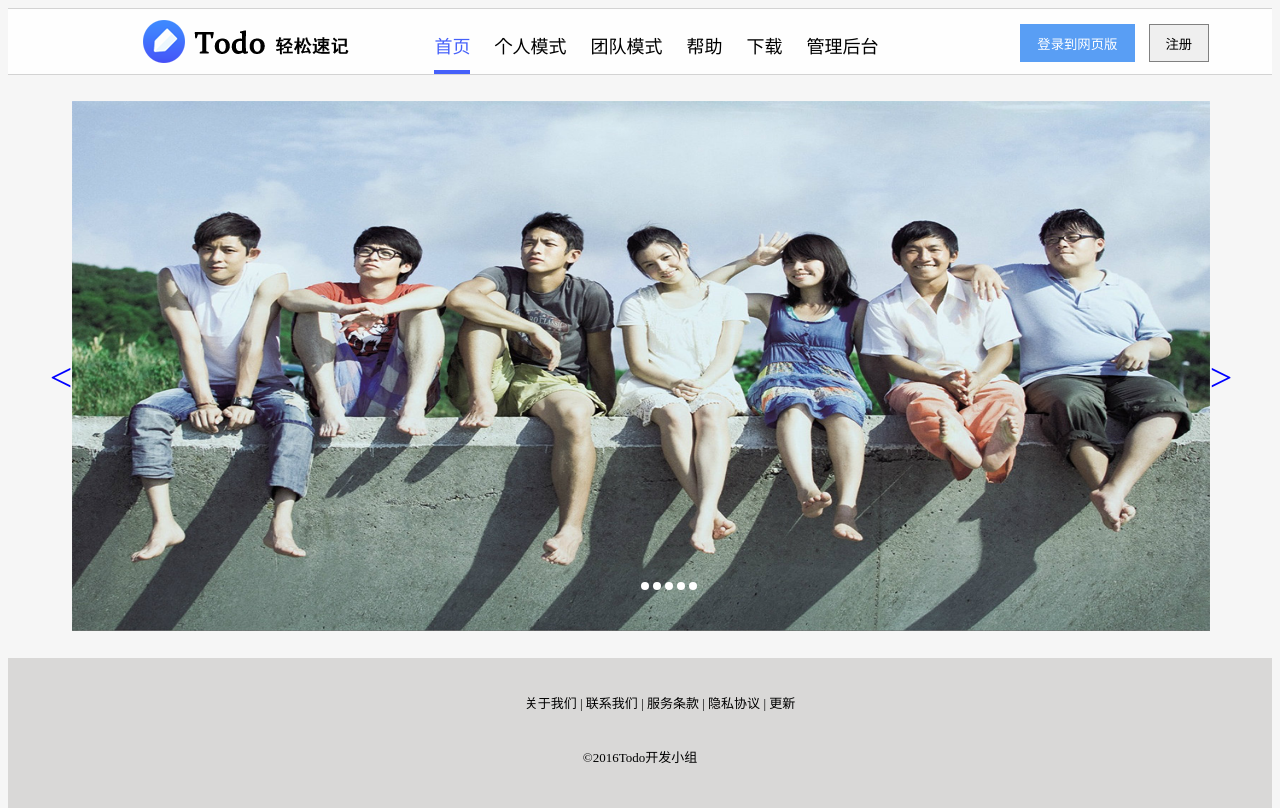
Repository: lengchang/Todo
Page: http://localhost/Todoweb/
The author's editor kept a copy of each file at every save. The page is drawn from the files as they stood at one save, then again after the next save.
The browser window is 1280 px wide. The pictures show the whole page.
The page is served by Tomcat 9. Other server files are loaded and not shown. The template is opened directly, without the code that normally fills it, so the values that code supplies are empty.

Above is the page before, as saved 2016-12-13 15:51:16.

### Todoweb/WebContent/index.jsp
<%@ page language="java" contentType="text/html; charset=UTF-8"
	pageEncoding="UTF-8"%>
<%@ taglib prefix="s" uri="/struts-tags"%>
<HTML !DOCTYPE>
<head>
<meta charset="utf-8">
<title>Todo|多彩生活，简单记录...</title>
<link rel="stylesheet" type="text/css" href="./css/index.css" />
<script src="./js/jquery-3.1.1.js"></script>
</head>
<body>
	<header>
		<s:include value="./Master/nav.jsp" />
	</header>
	<article>
		<div id="img_show_container">
			<div id="show_img">
				<img src="./img/test1.png" id="first_img" class="img"> <img
					src="./img/test2.png" id="second_img" class="img"> <img
					src="./img/test3.png" id="third_img" class="img"> <img
					src="./img/test4.png" id="forth_img" class="img"> <img
					src="./img/test5.png" id="fifth_img" class="img">
			</div>
		</div>
		<div id="radio_button">
			<div id="first_circle"></div>
			<div id="second_circle"></div>
			<div id="third_circle"></div>
			<div id="forth_circle"></div>
			<div id="fifth_circle"></div>
		</div>
		<div id="back_head">
			<span id="back">&lt</span>
			<sapn id="head">&gt</span>
		</div>
	</article>
	<footer>
		<s:include value="./Master/footer.jsp" />
	</footer>
	<script src="./js/index.js"></script>
</body>
</HTML>

### Todoweb/WebContent/Master/nav.jsp
<%@ page pageEncoding="UTF-8"%>
<%@ taglib prefix="s" uri="/struts-tags"%>
<div id="top_logo">
	<a href="/Todoweb/index.jsp"> <img src="./img/logo.png">
	</a>
</div>
<nav id="top_nav">
	<ul>
		<a href="/Todoweb/index.jsp" id="index_firstpage"><li id="ul_index">首页</li></a>
		<a href="self_mode_use.html" id="self_mode"><li>个人模式</li></a>
		<a href="team_mode_use.html" id="team_mode"><li>团队模式</li></a>
		<a href="help.html" id="help"><li>帮助</li></a>
		<a href="download.html" id="download"><li>下载</li></a>
		<a href="/Todoweb/WEB-INF/root/admin.jsp"><li>管理后台</li></a>
	</ul>
</nav>
<div id="top_button">
	<s:if test="#session['username']!=null">
		<a href="/Todoweb/acessUserinfo.action">${session.username}</a>
		<a href="/Todoweb/logout.action">logout</a>
	</s:if>
	<s:if test="#session['username']==null">
		<a href="/Todoweb/login.jsp"><button id="button_login">登录到网页版</button></a>
		<a href="/Todoweb/register.jsp"><button id="button_regist">注册</button></a>
	</s:if>
</div>

### Todoweb/WebContent/Master/footer.jsp
<%@ page pageEncoding="UTF-8"%>
<div class="about" id="about_us">
	<ul>
		<a href="about_us.html"><li class="no_last">关于我们</li></a>
		<a href="email.html"><li class="no_last">联系我们</li></a>
		<a href="serve.html"><li class="no_last">服务条款</li></a>
		<a href="serect.html"><li class="no_last">隐私协议</li></a>
		<a href="update.html"><li class="no_">更新</li></a>
	</ul>
</div>
<div class="about" id="about_team">©2016Todo开发小组</div>

### Todoweb/WebContent/css/index.css
body{
    background: #F6F6F6;
}
header{
    width:100%;
    height:65px;
    border-top: solid lightgray 1px;
    border-bottom: solid lightgray  1px;
    background: #FEFEFE;
}
article{
    width: 100%;;
    float: left;
    margin: 1px;
    position: relative;
}

footer{
    width: 100%;
    height: 150px;
    background: #D9D8D7;
    float:left;
    margin-top:2%;
}

#top_logo{
    margin-left: 10%;
    float: left;
    margin-top:10px;
}

nav ul a:hover{
    color: #4560FA;
}

#top_nav{
    height:45px;
    float: left;
}

#top_button{
	height:45px;
	float:right;
	margin-right: 5%;
    margin-top:15px;
}

#top_button button{
    height: 38px;
}

#about_us ul li{
	display: inline-block;
    list-style: none;
}

nav ul li{
    margin-left: 20px;
    margin-top:7px;
    font-size: 18px;
    display: inline-block;
    list-style: none;
    height:38px;
}

nav ul li:hover{
    border-bottom: solid #4560FA 4px;
}

a{
    text-decoration-line: none;
    color: #000000;
}

a::visited{
    color: #4560FA;
}

#button_login {
    width:115px;
    background: #599EF4;
    border:solid #599EF4 1px;
    color: white;
}

#button_login:hover{
    background: rgba(68,87,247,0.8);
    border:solid blue 1px;
    color: white;
}

#button_regist{
    width:60px;
    margin-left: 10px;
    border:solid gray 1px;
    color: #000000;
}
#button_regist:hover{
    background: rgba(254,254,254,0.7);
    border:solid gray 1px;
    color: #000000;
}
.about{
    text-align: center;
    margin-top:35px;
    font-size:13px;
}
#about_us ul li.no_last::after{
    content: " | ";
}

#index_firstpage{
    color: #4560FA;
}

#ul_index{
    border-bottom: solid #4560FA 4px;
}

.about ul a:hover{
    color: blue;
}

#radio_button{
    width: 300px;
    float: left;
    position: absolute;
    top:90%;
    left: 50%;
    z-index: 3;
}

#img_show_container{
    width: 90%;
    height:530px;
    overflow: hidden;
    position:relative;
    left:5%;
    margin-top:2%;
}

#show_img{
    position: relative;
    width: 100%;
    height: 530px;
}

#show_img [id$=img]{
    position: absolute;
    top:0px;
    width: 100%;
    height: 530px;
}

#first_img{
    left: 0%;
}
#second_img{
     left: 110%;
}
#third_img{
    left: 220%;
}
#forth_img{
    left: 330%;
}
#fifth_img{
    left: 440%;

}
#back_head{
    position: absolute;
    font-size: 40px;
    color: blue;
    top: 50%;
    width:100%;
}
#head{
    position: absolute;
    left: 95%;
}
#back{
	position: absolute;
	right:95%;
}
#back,#head,#radio_button div{
    cursor: pointer;
}
#back:hover,#head:hover{
    opacity: 0.8;
}
#radio_button div{
    display: inline-block;
    background: white;
    width:8px;
    height:8px;
    border-radius: 8px;
}
#radio_button div:hover{
    background: #4560FA;
}

### Todoweb/WebContent/js/index.js
$(document).ready(function () {
  var currentIndex = 0
  var imgLength = $('.img').length
  // 自动轮播效果的实现
  // 定义计时器
  var autoChange = setInterval(function () {
    currentIndex = currentIndex < imgLength - 1 ? currentIndex + 1 : 0
    changeTo(currentIndex)
  }, 6000)
  // 选中圆点效果实现
  $('#radio_button').find('div').each(function (item) {
    $(this).click(function () {
      clearInterval(autoChange)
      changeTo(item)
      currentIndex = item
      autoChangeAgain()

    })
  })
  // 重置计时器
  function autoChangeAgain () {
    autoChange = setInterval(function () {
      currentIndex = currentIndex < imgLength - 1 ? currentIndex + 1 : 0
      changeTo(currentIndex)
    }, 6000)
  }
  // 鼠标放到左箭头
  $('#back').hover(function () {
    clearInterval(autoChange)
  }, function () {
    autoChangeAgain()
  })
  // 鼠标放到右箭头
  $('#head').hover(function () {
    clearInterval(autoChange)
  }, function () {
    autoChangeAgain()
  })
  // 左箭头点击处理
  $('#back').click(function () {
    currentIndex = (currentIndex > 0) ? (--currentIndex) : (imgLength - 1)
    changeTo(currentIndex)
  })
  // 右箭头点击处理
  $('#head').click(function () {
    currentIndex = (currentIndex < imgLength - 1) ? (++currentIndex) : 0
    changeTo(currentIndex)
  })
})
function changeTo (num) {
  var gotoLeft = num * 1333
  $('#show_img').animate({ left: '-' + gotoLeft + 'px' }, 'fast')
}

Loaded but not shown: Todoweb/WebContent/js/jquery-3.1.1.js (library)

After the next save:
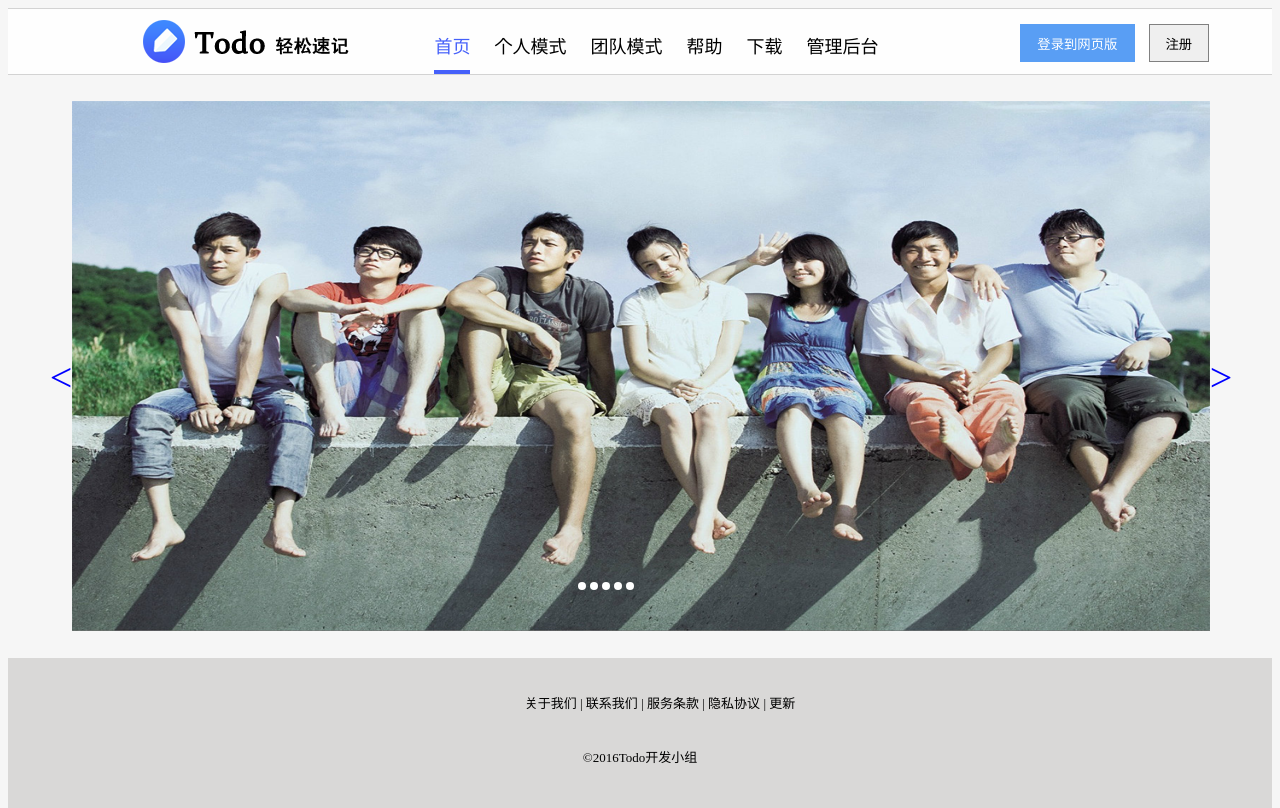
Saved 29 s later.
--- a/Todoweb/WebContent/css/index.css
+++ b/Todoweb/WebContent/css/index.css
@@ -126,7 +126,7 @@ a::visited{
     float: left;
     position: absolute;
     top:90%;
-    left: 50%;
+    left: 45%;
     z-index: 3;
 }
 
